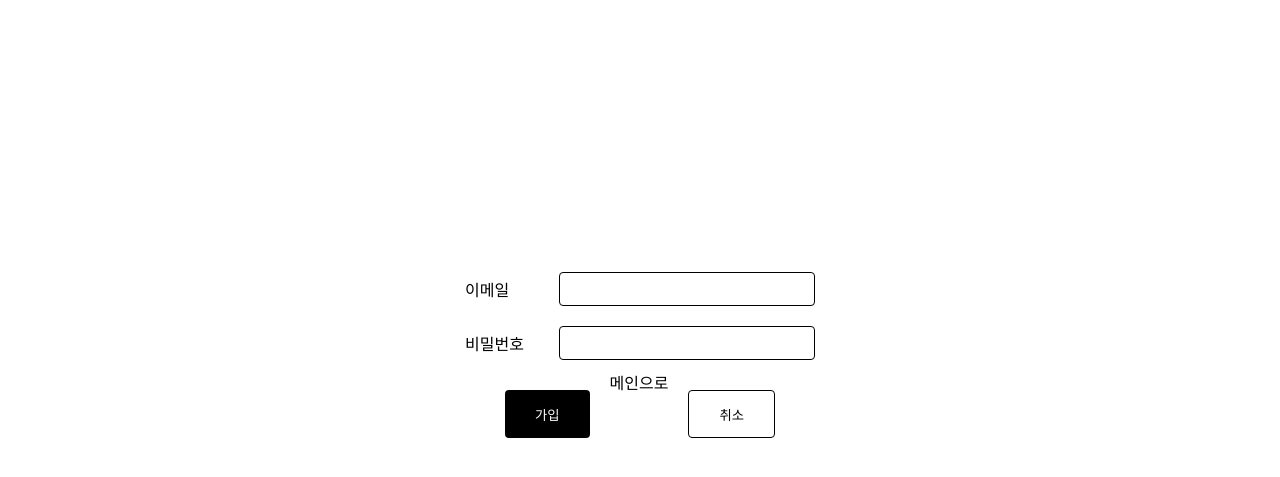
Repository: momo0170/react-shopping
Page: /register
An editor plug-in stored every save of this project. The page is shown before and after the next save, followed by the edit.
The browser window is 1280 px wide. The pictures show the whole page.
The page's requests for data from a server got no answer. Some web fonts or font styles are not loaded; a fallback is used. The project was rebuilt for these pictures with package versions that can differ from the ones it lists, and the page was loaded fresh each time. No one was signed in, and anything a server would have sent is missing. Also part of the build but not shown: src/App.css, src/css/Header.module.css, src/components/Header.jsx, src/App.js, src/router/Products.jsx, src/css/Login.module.css, src/router/Login.jsx.

Above is the page before, as saved 2023-02-24 19:01:32.

After the next save:
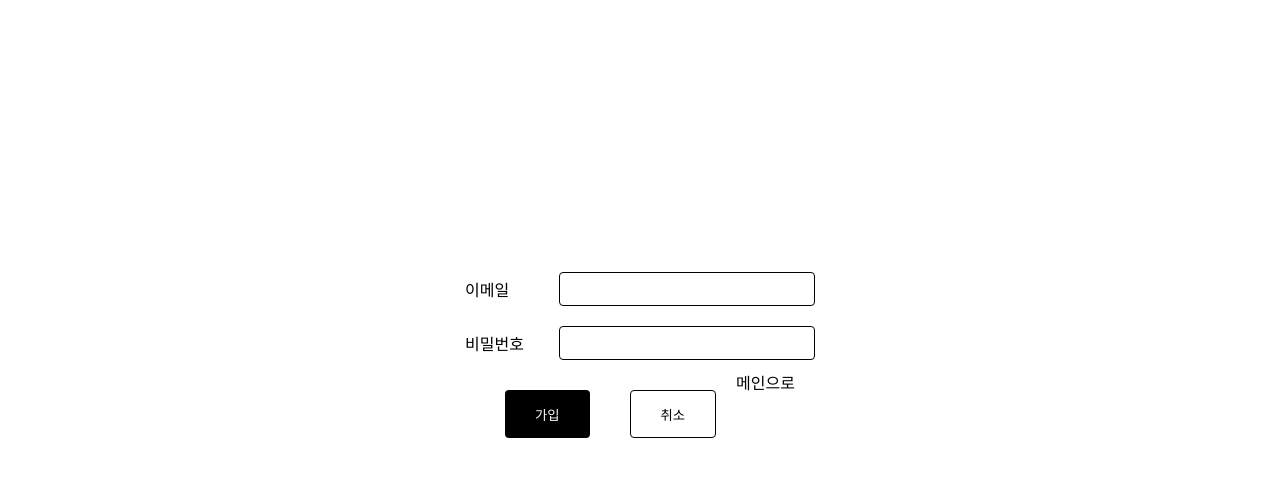
Saved 71 s later.
--- a/src/router/Register.jsx
+++ b/src/router/Register.jsx
@@ -42,10 +42,10 @@ export default function Register() {
         <button onClick={registerAccount} className={styles.registerBtn}>
           가입
         </button>
+        <button className={styles.cancelBtn}>취소</button>
         <span className={styles.homeBtn} onClick={goToHome}>
           메인으로
         </span>
-        <button className={styles.cancelBtn}>취소</button>
       </div>
     </main>
   );
